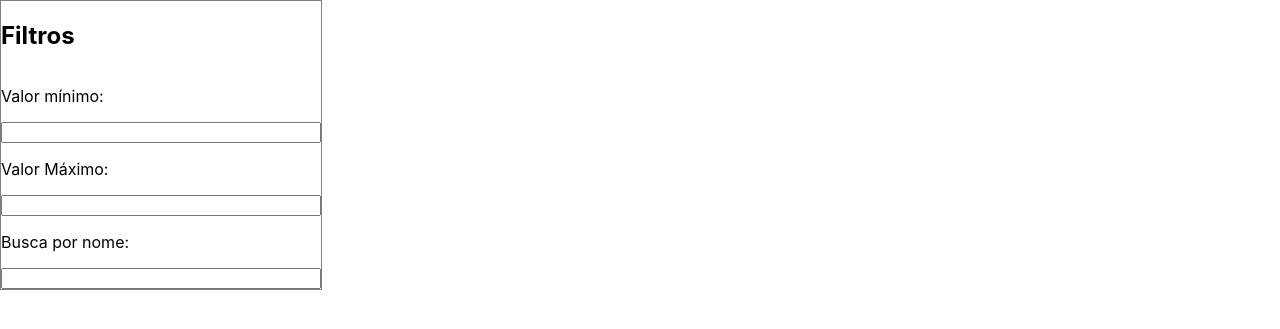
Repository: future4code/Shaw-labe-commerce9
Page: /
These files come from the project's save history. The page is drawn as it stood at one moment and after the next save; the edit follows.
The browser window is 1280 px wide. The pictures show the whole page.
The project was rebuilt for these pictures with package versions that can differ from the ones it lists, and the page was loaded fresh each time. Also part of the build but not shown: src/App.css.

Above is the page before, as saved 2022-03-30 15:08:20.

### src/App.js
import React from 'react';
import './App.css';
import Filtro from './components/filtro';




class App extends React.Component{
  render(){
    return(

      <div>
      <Filtro />





      </div>


    )
  }

}

export default App

### src/components/filtro.jsx
import React from "react";
import styled from "styled-components";


const ContainerFiltro =styled.div`
display: flex;
flex-direction: column;
justify-content: flex-start;
width: 25%;
border: 1px solid grey


`






export default class Filtro extends React.Component{
    render(){
        return(
         <ContainerFiltro>
        <h2>Filtros</h2>
        <p>Valor mínimo: </p>
        <input type="text"value={this.state} />
        <p>Valor Máximo: </p>
        <input type="text" value={this.state} />
        <p>Busca por nome: </p>
        <input type="text" value={this.state}/>
         </ContainerFiltro>

        )
    }
}

Loaded but not shown: public/index.html (common file); src/index.js (common file); src/index.css (common file); src/serviceWorker.js (common file)

After the next save:
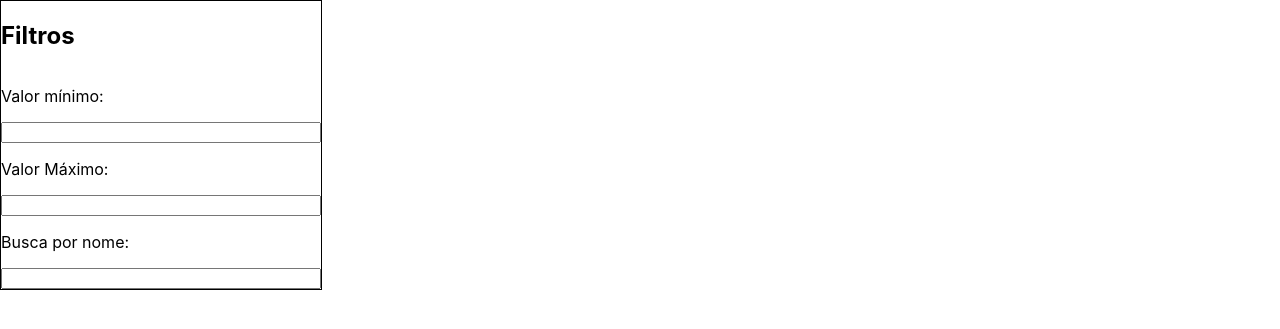
Saved 17 s later.
--- a/src/components/filtro.jsx
+++ b/src/components/filtro.jsx
@@ -7,7 +7,7 @@ display: flex;
 flex-direction: column;
 justify-content: flex-start;
 width: 25%;
-border: 1px solid grey
+border: 1px solid black
 
 
 `
